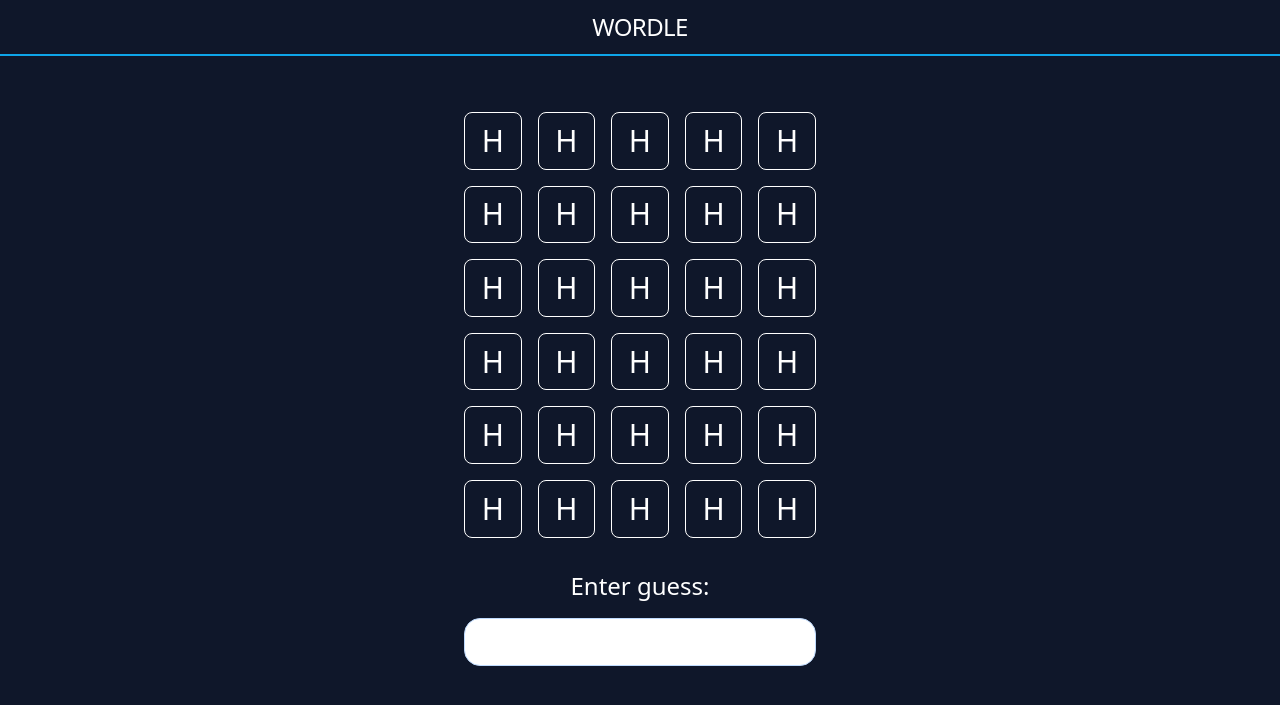
Repository: hjubsoni/basic-wordle-game
Page: / (app in client/)
The author's editor kept a copy of each file at every save. The page is drawn from the files as they stood at one save, then again after the next save.
The browser window is 1280 px wide. The pictures show the whole page.
The page's requests for data from a server got no answer. The project was rebuilt for these pictures with package versions that can differ from the ones it lists, and the page was loaded fresh each time. No one was signed in, and anything a server would have sent is missing. Also part of the build but not shown: client/vite.config.ts.

Above is the page before, as saved 2023-01-28 15:41:52.

### client/src/main.tsx
import React from 'react';
import ReactDOM from 'react-dom/client';
import App from './App';
import './index.css';

ReactDOM.createRoot(
  document.getElementById('root') as HTMLElement
).render(
  <React.StrictMode>
    <App />
  </React.StrictMode>
);

### client/src/App.tsx
import React from 'react';
import Header from './components/Header';
import Game from './components/Game';

function App() {
  return (
    <div className="h-full">
      <Header />
      <Game />
    </div>
  );
}

export default App;

### client/src/index.css
@tailwind base;
@tailwind components;
@tailwind utilities;

@layer base {
  html,
  body,
  #root {
    @apply h-full bg-slate-900;
  }
}

### client/src/components/Header/Header.tsx
import React from 'react';

function Header() {
  return (
    <header className="flex h-14 items-center justify-center  border-b-2 border-sky-500 ">
      <h2 className="uppercase text-white text-2xl tracking-tight">
        Wordle
      </h2>
    </header>
  );
}

export default Header;

### client/src/components/Game/Game.tsx
import React from 'react';
import { range } from '../../utils/range';
import Row from '../Row';
import Form from '../Form';

interface Styles {
  [key: string]: string;
}

function Game() {
  const [correctWord, setCorrectWord] = React.useState('');
  const [guessedWords, setGuessedWords] = React.useState<string[]>(
    []
  );

  const generateCorrectWord = async () => {
    const response = await fetch('http://localhost:5000/api');
    const words = await response.json();
    setCorrectWord(words[Math.floor(Math.random() * words.length)]);
  };

  React.useEffect(() => {
    generateCorrectWord();
  }, []);

  const handleSubmitGuess = (guess: string) => {
    setGuessedWords([...guessedWords, guess]);
  };

  return (
    <main className="flex items-center justify-center flex-col gap-8 p-4 max-w-sm  mx-auto">
      <div className="flex gap-4 flex-col max-w-sm w-full rouded-lg mt-10 ">
        {range(6).map((row, rowIdx) => (
          <Row key={rowIdx} />
        ))}
      </div>

      <Form handleSubmitGuess={handleSubmitGuess} />
    </main>
  );
}

export default Game;

### client/src/utils/range.tsx
export const range = (start: number, end?: number, step = 1) => {
  let output = [];
  if (typeof end === 'undefined') {
    end = start;
    start = 0;
  }
  for (let i = start; i < end; i += step) {
    output.push(i);
  }
  return output;
};

### client/src/components/Row/Row.tsx
import React from 'react';
import { range } from '../../utils/range';
import Cell from '../Cell';

function Row() {
  return (
    <div className="flex gap-4">
      {range(5).map((cell, cellIdx) => (
        <Cell />
      ))}
    </div>
  );
}

export default Row;

### client/src/components/Form/Form.tsx
import React from 'react';

interface FormProps {
  guess: string;
  setGuess: React.Dispatch<React.SetStateAction<string>>;
  guessedWords: string[];
  setGuessedWords: React.Dispatch<React.SetStateAction<string[]>>;
  correctWord: string;
}

function Form({
  guess,
  setGuess,
  guessedWords,
  setGuessedWords,
  correctWord,
}: FormProps) {
  const handleSubmit = (e: React.FormEvent<HTMLFormElement>) => {
    e.preventDefault();
  };
  console.log(guess);
  return (
    <form
      onSubmit={handleSubmit}
      className="flex gap-4 items-center flex-col w-full"
    >
      <label htmlFor="guess" className="text-white text-2xl">
        Enter guess:
      </label>
      <input
        className="border border-blue-200 rounded-2xl px-2 h-12 w-full text-2xl"
        type="text"
        id="guess"
        name="guess"
        value={guess}
        onChange={(e) => setGuess(e.target.value.toUpperCase())}
        required={true}
        minLength={5}
        maxLength={5}
        autoComplete="off"
      />
    </form>
  );
}

export default Form;

### client/src/components/Cell/index.tsx
export { default } from './Cell';

### client/src/components/Cell/Cell.tsx
import React from 'react';
interface Styles {
  [key: string]: string;
}
function Cell() {
  return (
    <div className="border border-white flex-1 aspect-square rounded-lg text-white text-3xl uppercase flex items-center justify-center">
      H
    </div>
  );
}

export default Cell;

Loaded but not shown: client/index.html (common file); client/src/components/Header/index.tsx (common file); client/src/components/Game/index.tsx (common file); client/src/components/Row/index.tsx (common file); client/src/components/Form/index.tsx (common file); client/tailwind.config.cjs (common file)

After the next save:
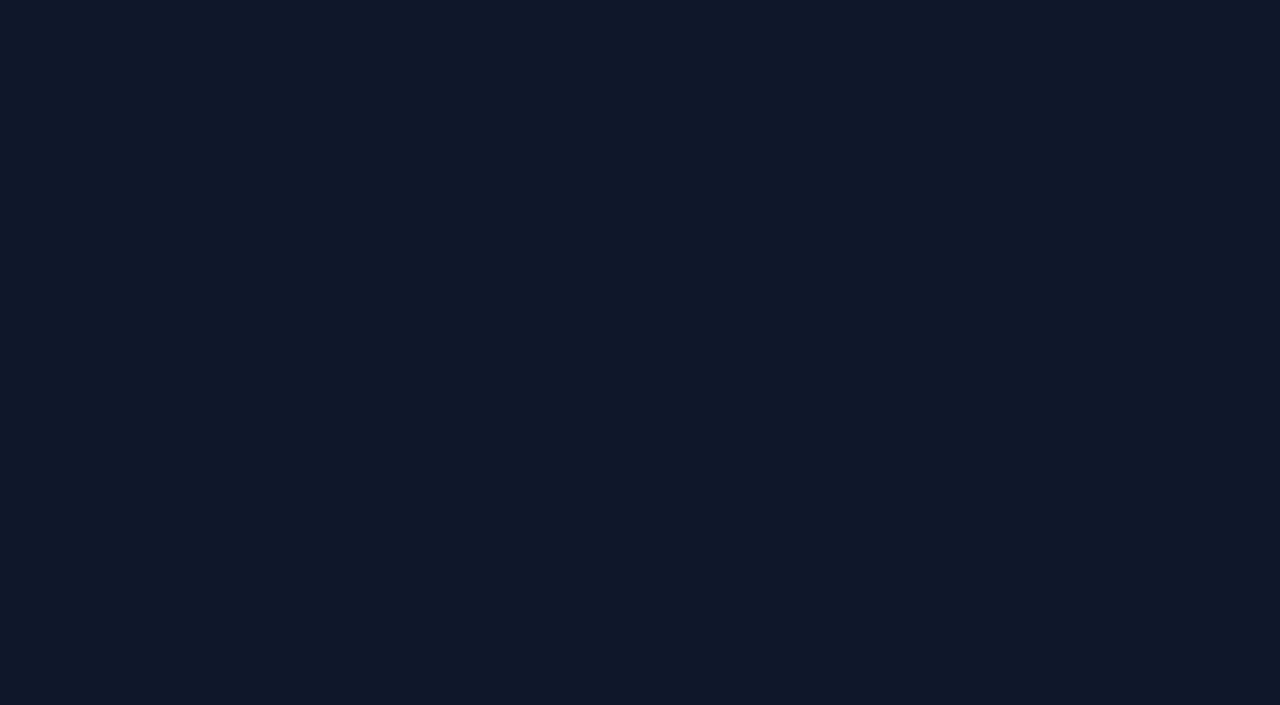
Console error: ReferenceError: guess is not defined
Saved 39 s later.
--- a/client/src/components/Form/Form.tsx
+++ b/client/src/components/Form/Form.tsx
@@ -1,20 +1,10 @@
 import React from 'react';
 
-interface FormProps {
-  guess: string;
-  setGuess: React.Dispatch<React.SetStateAction<string>>;
-  guessedWords: string[];
-  setGuessedWords: React.Dispatch<React.SetStateAction<string[]>>;
-  correctWord: string;
-}
-
 function Form({
-  guess,
-  setGuess,
-  guessedWords,
-  setGuessedWords,
-  correctWord,
-}: FormProps) {
+  handleSubmitGuess,
+}: {
+  handleSubmitGuess: (guess: string) => void;
+}) {
   const handleSubmit = (e: React.FormEvent<HTMLFormElement>) => {
     e.preventDefault();
   };

After the save that followed:
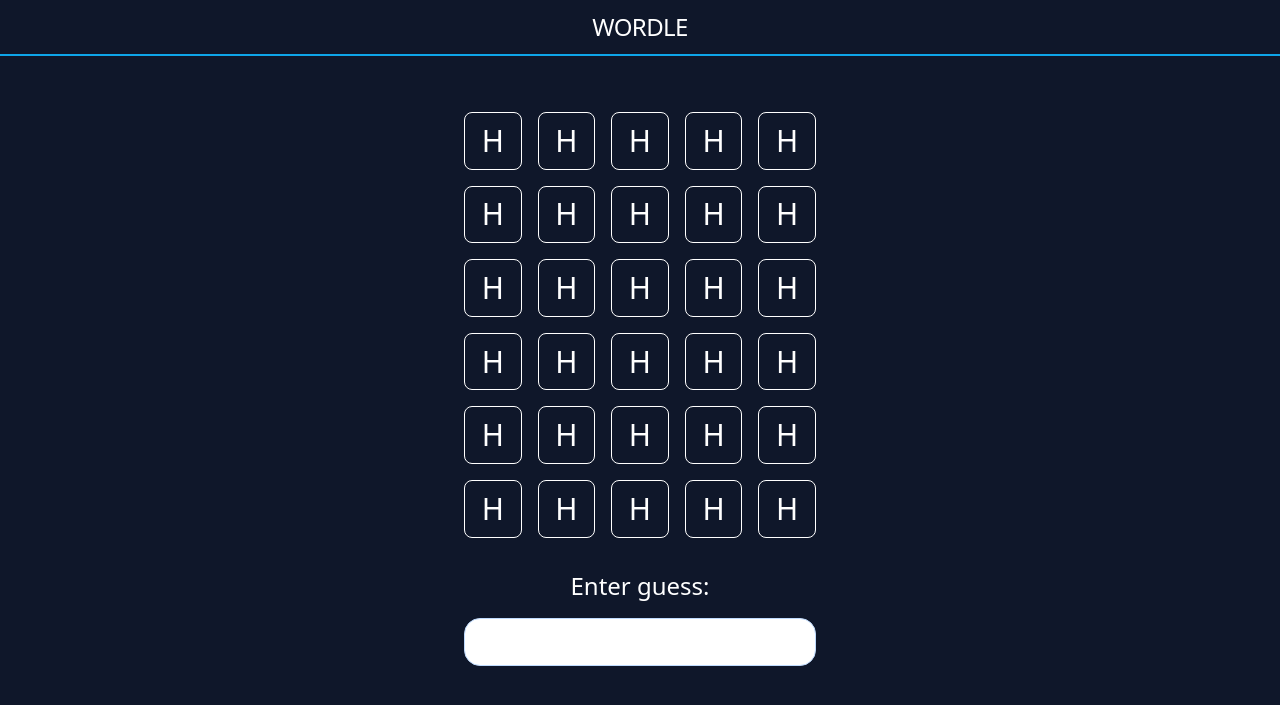
The error is gone.
Saved 14 s later.
--- a/client/src/components/Form/Form.tsx
+++ b/client/src/components/Form/Form.tsx
@@ -5,10 +5,11 @@
 }: {
   handleSubmitGuess: (guess: string) => void;
 }) {
+  const [guess, setGuess] = React.useState('');
   const handleSubmit = (e: React.FormEvent<HTMLFormElement>) => {
     e.preventDefault();
   };
-  console.log(guess);
+
   return (
     <form
       onSubmit={handleSubmit}
